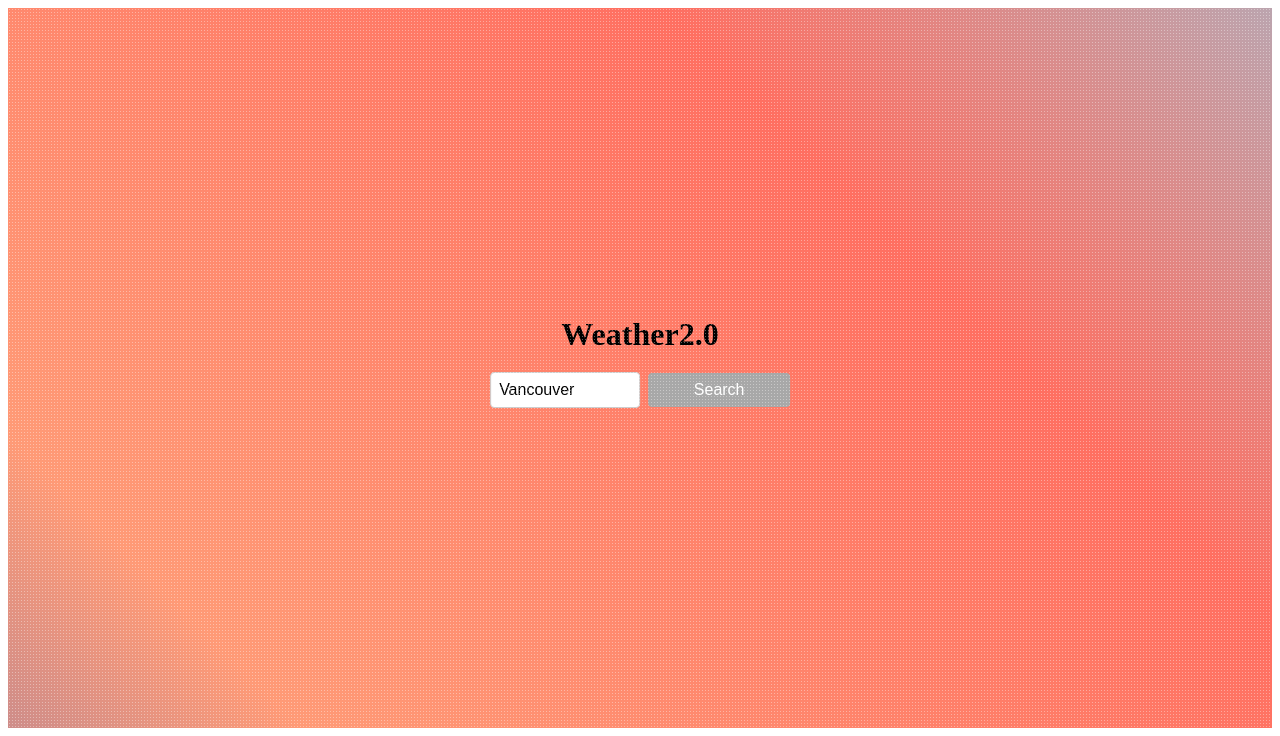
Repository: schwendyjr/COMP3170-Project
Page: /
These files come from the project's save history. The page is drawn as it stood at one moment and after the next save; the edit follows.
The browser window is 1280 px wide. The pictures show the whole page.
The page's requests for data from a server got no answer. The project was rebuilt for these pictures with package versions that can differ from the ones it lists, and the page was loaded fresh each time. The framework's server and built-in components were replaced by stand-ins that run in the browser. No one was signed in, and anything a server would have sent is missing. Also part of the build but not shown: utils/formatDate.js, components/WeatherCardItem.js, components/Forecast.js.

Above is the page before, as saved 2024-12-03 21:01:33.

After the next save:
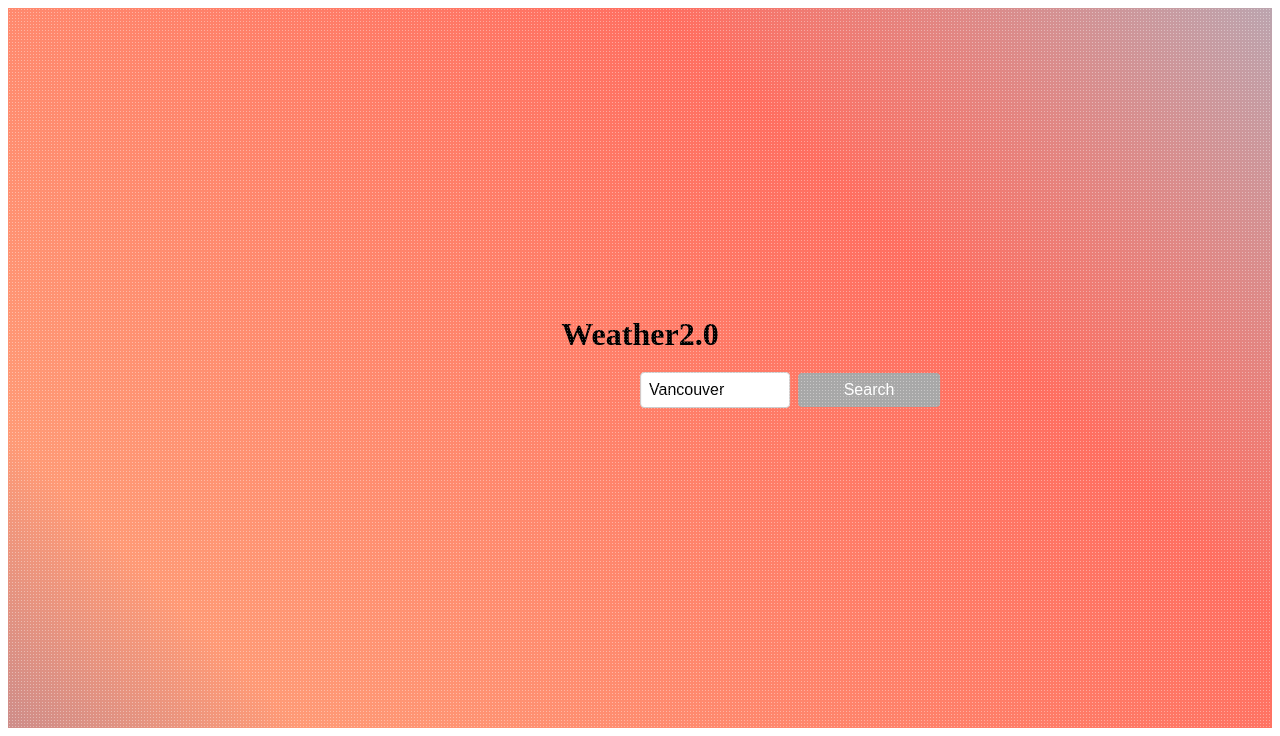
Saved 16 s later.
--- a/styles/Home.module.css
+++ b/styles/Home.module.css
@@ -129,7 +129,7 @@
 
   position: relative;
     top: 50%;
-    left: 50%;
+    left: 100%;
     transform: translate(-50%, -50%);
 }
 

After the save that followed:
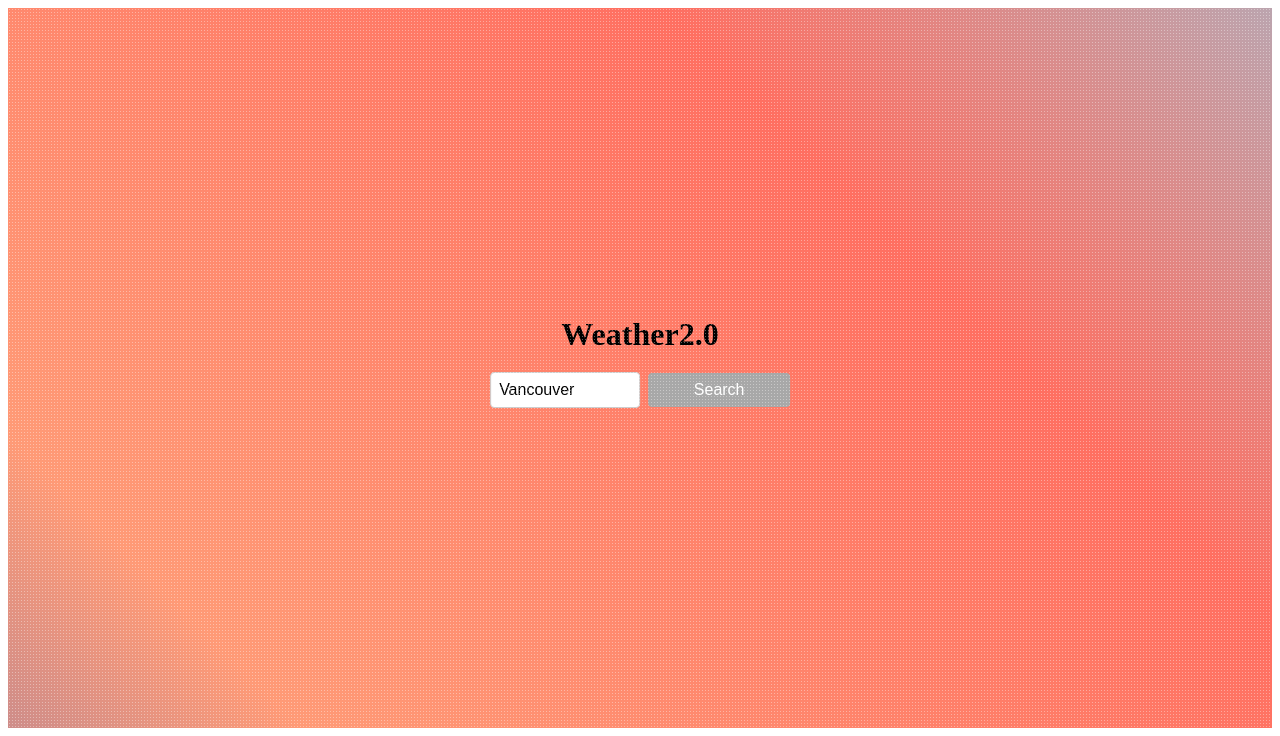
Saved 9 s later.
--- a/styles/Home.module.css
+++ b/styles/Home.module.css
@@ -125,11 +125,11 @@
   margin: 1rem 0;
   align-items: center;
   justify-content: center;
-  max-width: 300px;
+  max-width: 400px;
 
   position: relative;
     top: 50%;
-    left: 100%;
+    left: 50%;
     transform: translate(-50%, -50%);
 }
 
